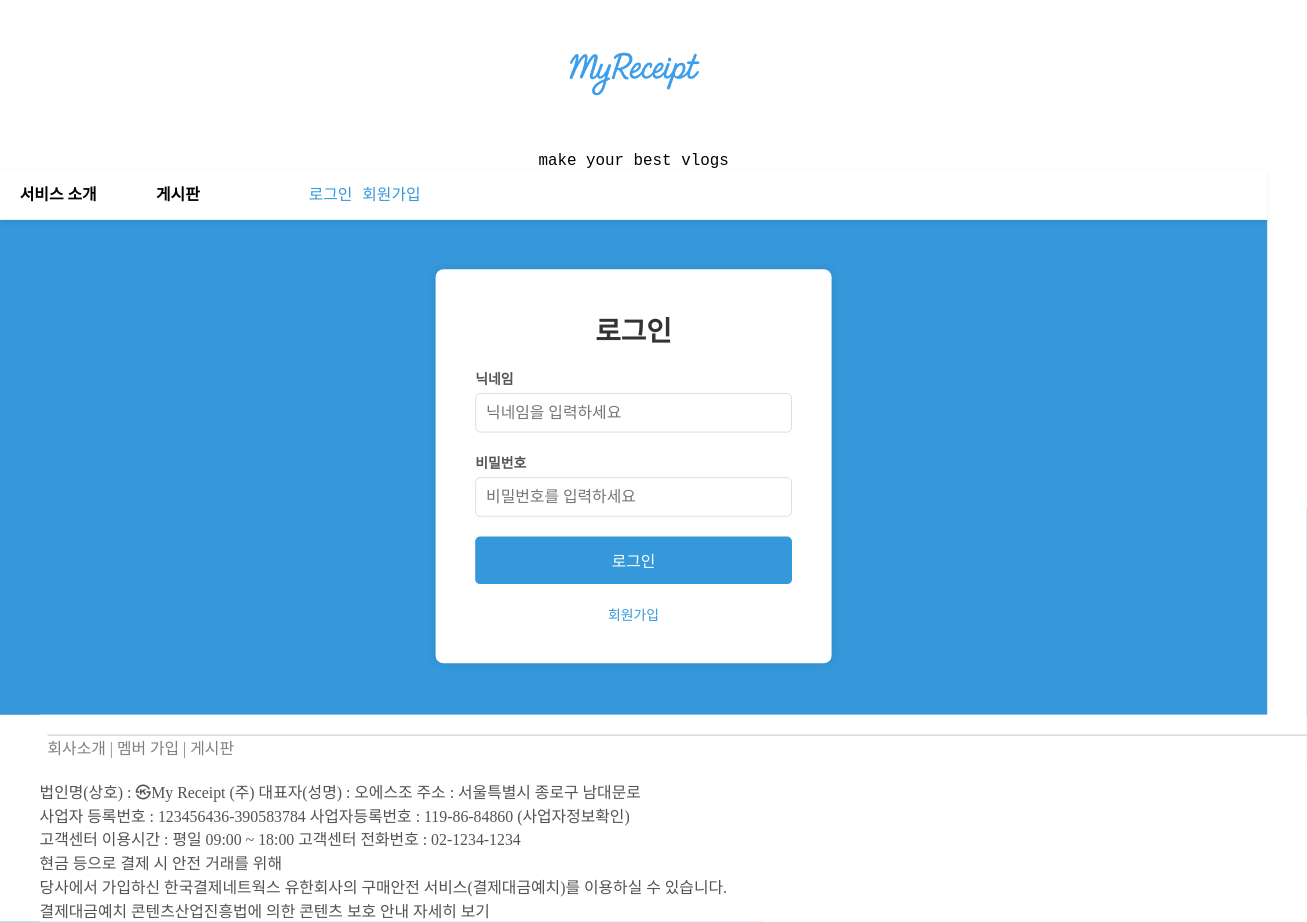
Repository: shong69/mini-project
Page: http://localhost/myReceipt2/login
The author's editor kept a copy of each file at every save. The page is drawn from the files as they stood at one save, then again after the next save.
The browser window is 1280 px wide. The page is 1320 px wide, so the pictures cover 1320 px, including what lies to the right of the window. The pictures show the whole page, at 99% of full size.
Some web fonts or font styles are not loaded; a fallback is used. The page is served by Tomcat 10.

Above is the page before, as saved 2025-05-06 19:46:52.

After the next save:
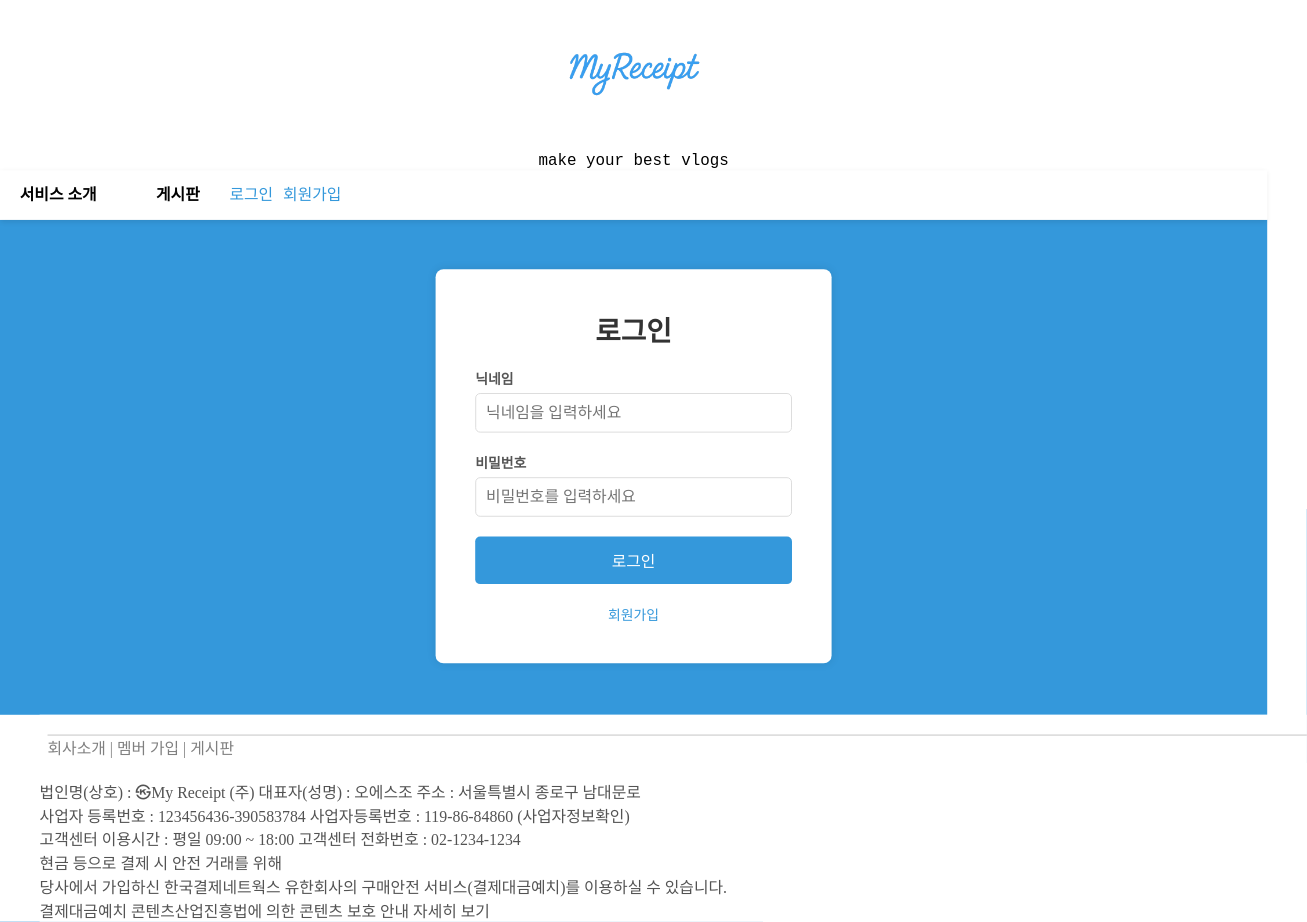
Saved 101 s later.
--- a/jspProject/myReceipt2/src/main/webapp/resources/css/main.css
+++ b/jspProject/myReceipt2/src/main/webapp/resources/css/main.css
@@ -38,7 +38,7 @@
 }
 
 #loginSt {
-	margin-left:80px;
+	margin-right:auto;
 	display:flex;
 	flex-direction:row;
 }
